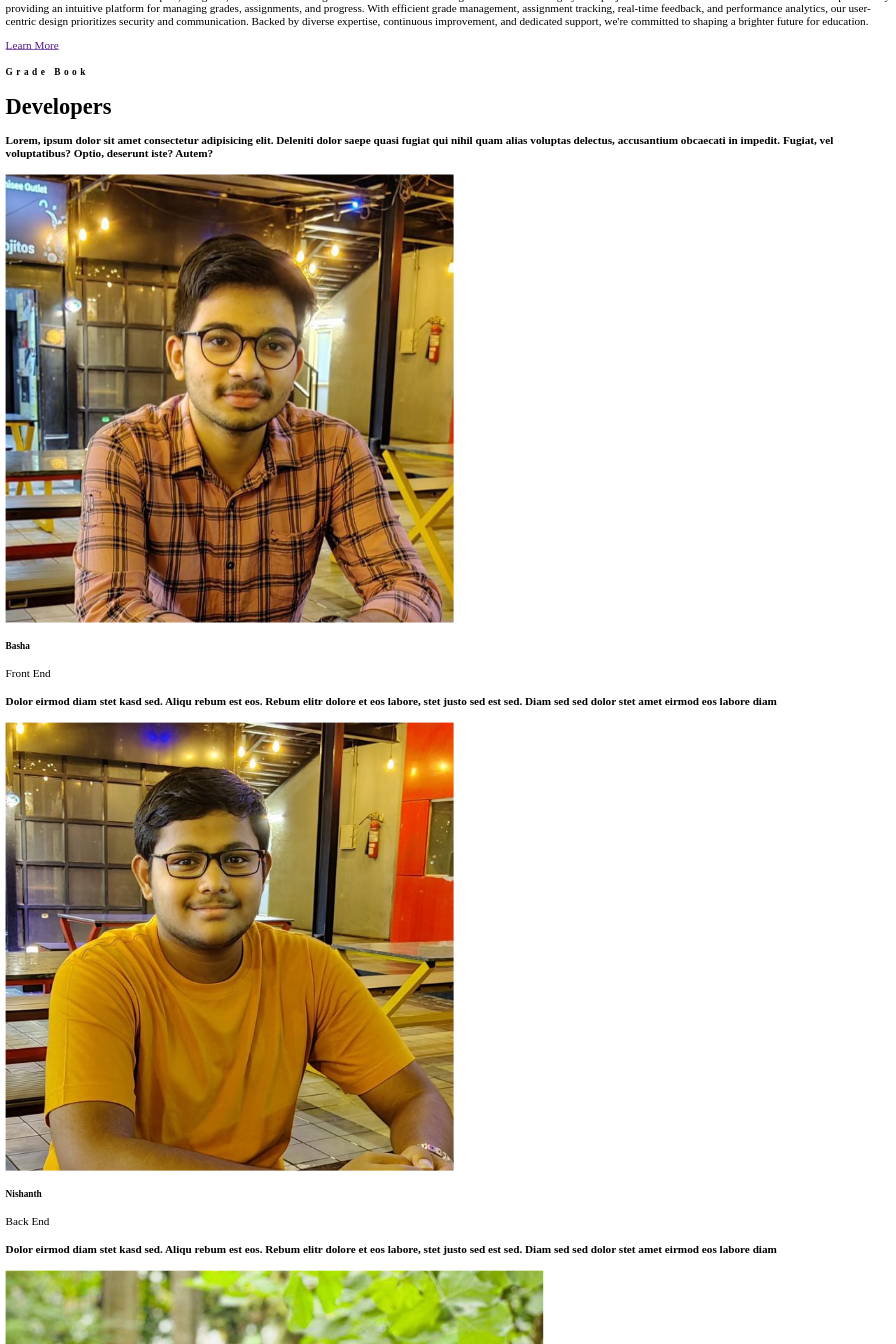
Repository: AlthafBasha-syed/JFSD-PROJECT
Page: http://localhost/GradeBook/studentfiles/about.jsp
The author's editor kept a copy of each file at every save. The page is drawn from the files as they stood at one save, then again after a run of saves.
The browser window is 1280 px wide. The pictures show the part of the page from y = 1185 to 3105 px (the page is 3869 px tall before and 3204 px after), at 70% of full size.
The page is served by Tomcat 10.

Above is the page before, as saved 2023-10-11 16:26:12.

After the next 2 saves:
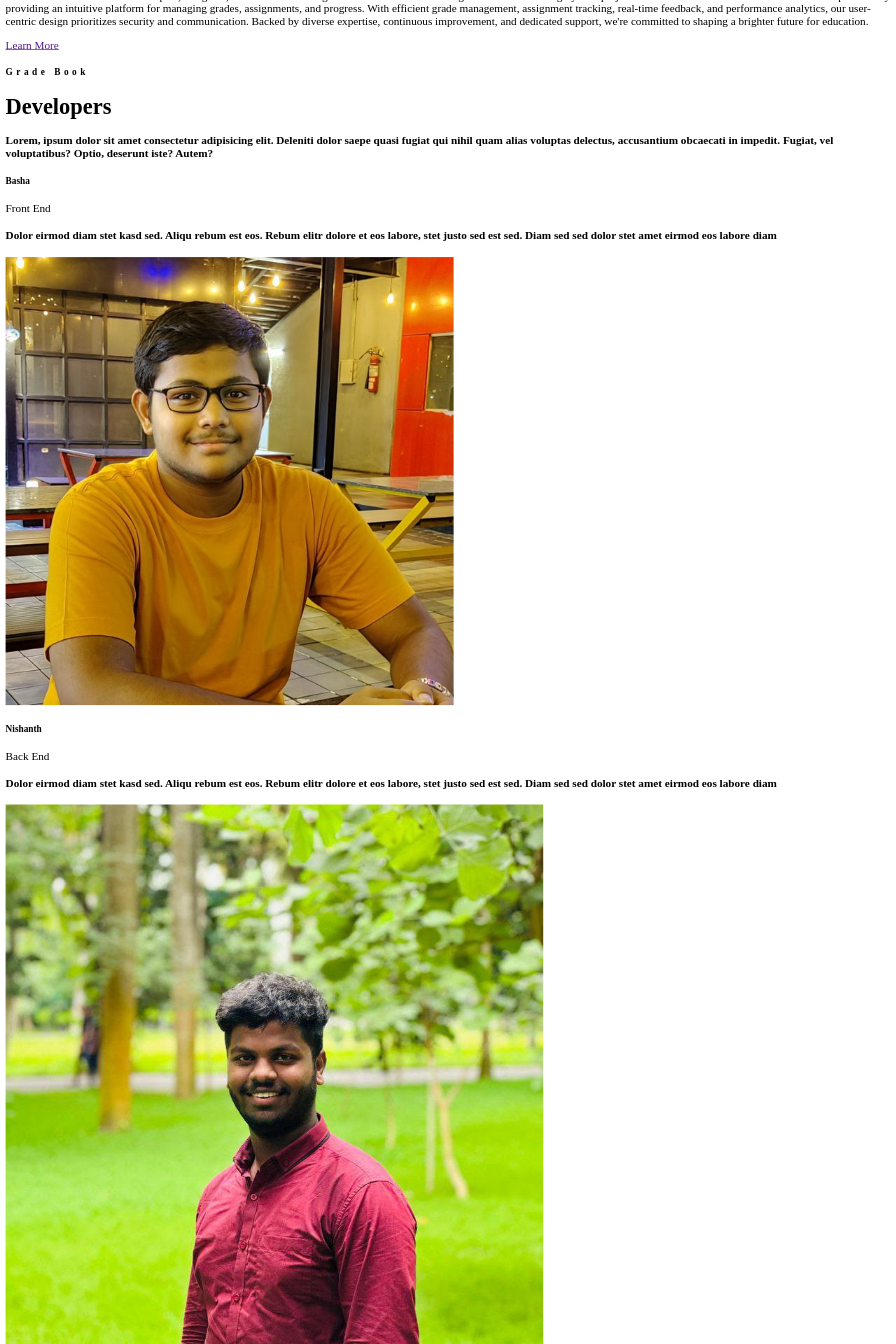
The 2 saves are shown as one change because they came seconds apart.
The last was saved 11 s later.
--- a/PROJECTWORKSPACE/GradeBook/src/main/webapp/studentfiles/about.jsp
+++ b/PROJECTWORKSPACE/GradeBook/src/main/webapp/studentfiles/about.jsp
@@ -69,7 +69,7 @@
                         <div class="text-center">
                             <i class="fa fa-3x fa-quote-left text-primary mb-4"></i>
                             <h4 class="font-weight-normal mb-4">Lorem, ipsum dolor sit amet consectetur adipisicing elit. Deleniti dolor saepe quasi fugiat qui nihil quam alias voluptas delectus, accusantium obcaecati in impedit. Fugiat, vel voluptatibus? Optio, deserunt iste? Autem?</h4>
-                           <!--  --> <img class="img-fluid mx-auto mb-3" src="img/basha.jpg" alt="">
+                           <!-- <img class="img-fluid mx-auto mb-3" src="img/basha.jpg" alt="">  -->
                             <h5 class="m-0">Basha</h5>
                             <span>Front End</span>
                         </div>
